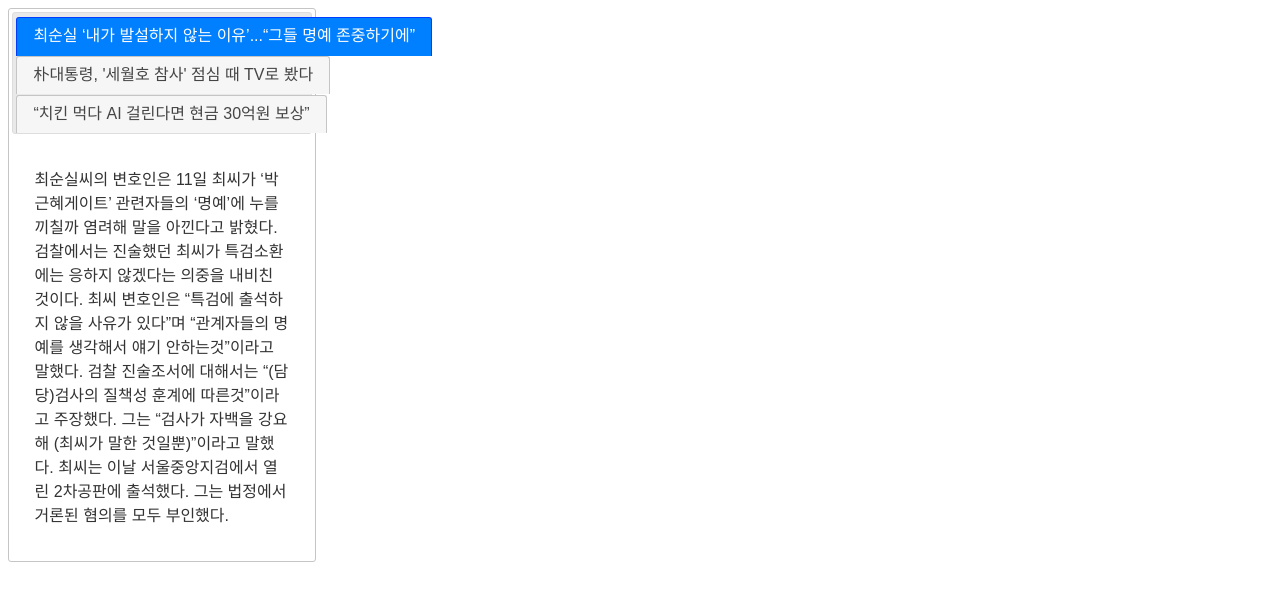
Repository: CHOKIHO/html
Page: work/0111/WebContent/test_jQuery_tab.html
An editor plug-in stored every save of this project. The page is shown before and after the next save, followed by the edit.
The browser window is 1280 px wide. The pictures show the whole page.
Some web libraries are served in a nearby version.

Above is the page before, as saved 2017-01-11 07:36:05.

### work/0111/WebContent/test_jQuery_tab.html
<!DOCTYPE html>
<html>
<head>
<meta charset="UTF-8">
<title>Insert title here</title>

  <link rel="stylesheet" href="//code.jquery.com/ui/1.12.1/themes/base/jquery-ui.css">
  <script src="https://code.jquery.com/jquery-1.12.4.js"></script>
  <script src="https://code.jquery.com/ui/1.12.1/jquery-ui.js"></script>
  <script>


	  $( function() {

	    $( "#tabs" ).tabs();


	  } );

  </script>

  <style type="text/css">
  	div#tabs {
  		width: 300px;
  	}
  </style>

</head>
<body>

	<div id="tabs">
	  <ul>
	    <li><a href="#tabs-1">최순실 ‘내가 발설하지 않는 이유’...“그들 명예 존중하기에”</a></li>
	    <li><a href="#tabs-2">朴대통령, '세월호 참사' 점심 때 TV로 봤다</a></li>
	    <li><a href="#tabs-3">“치킨 먹다 AI 걸린다면 현금 30억원 보상”</a></li>
	  </ul>
	  <div id="tabs-1">
	    <p>최순실씨의 변호인은 11일 최씨가 ‘박근혜게이트’ 관련자들의 ‘명예’에 누를 끼칠까 염려해 말을 아낀다고 밝혔다.
	       검찰에서는 진술했던 최씨가 특검소환에는 응하지 않겠다는 의중을 내비친 것이다.
	       최씨 변호인은 “특검에 출석하지 않을 사유가 있다”며 “관계자들의 명예를 생각해서 얘기 안하는것”이라고 말했다.
		   검찰 진술조서에 대해서는 “(담당)검사의 질책성 훈계에 따른것”이라고 주장했다. 그는 “검사가 자백을 강요해 (최씨가 말한 것일뿐)”이라고 말했다.
		   최씨는 이날 서울중앙지검에서 열린 2차공판에 출석했다. 그는 법정에서 거론된 혐의를 모두 부인했다.
		</p>
	  </div>
	  <div id="tabs-2">
	    <p>박근혜 대통령이 2014년 4월16일 세월호 참사 당일 점심 즈음에야 TV를 통해 사고 현장 영상을 확인했다고 스스로 밝혔다. 사고 발생을 인지한 지 약 2시간이 지난 시점이다. 박 대통령의 탄핵심판 대리인단이 10일 헌법재판소에 제출한 '세월호 7시간' 행적 자료에는 빠져있던 내용이다.
	       박 대통령 측 관계자는 11일 머니투데이 '더300'(the300)과 전화 통화에서 "박 대통령이 세월호 참사 당일 오전에는 서류를 검토하느라 바빠 TV를 보지 못했지만 점심 무렵 TV를 통해 사고 영상을 봤다고 측근들에게 밝혔다"고 전했다. 이 관계자는 "관저 집무실에는 TV가 없지만 개인식당에는 TV가 설치돼 있는 만큼 박 대통령이 점심 식사를 하면서 TV를 시청했다고 보면 된다"고 말했다.
	    </p>
	  </div>
	  <div id="tabs-3">
	    <p>“BBQ 치킨을 통해 조류인플루엔자(AI)에 걸린다면 현금 30억 원을 보상하겠다.”
           윤홍근(사진) 제너시스BBQ그룹 회장이 최근 발생한 AI로 인한 양계닭의 대규모 살처분 사태에 대해 자신감을 내비쳤다.
           윤 회장은 11일 서울 종로구 관철동에서 열린 ‘bbq 올리버스 공식 후원 체결식’에 참석해 기자들과 만나 이같이 밝혔다.
           육계 소비 위축 및 소비자들의 불안감을 없애기 위해 자사의 제품을 시식해 AI에 감염된다면 현금으로 30억 원을 보상하는 프로젝트를 실시한다는 것이다.
           윤 회장은 “2003년 AI가 처음 발생한 이후 확산될 때마다 국민들이 공포에 떨고 있지만 닭고기를 먹어서 AI에 감염될 가능성은 없다”며
           “역대 최악의 AI로 불리는 만큼 방어책 마련 차원에서 이 프로젝트를 진행한다”고 말했다.
           AI 균은 섭씨 75도 이상의 온도에서 5분 이상 견디지 못한다. 국내 치킨업체의 일반적인 조리법 상 165∼190도의 고온에서 최소 10분 이상
           닭을 튀기기 때문에 이를 먹는다고 해서 AI에 감염되지는 않는다.
           </p>
	  </div>
	</div>

</body>
</html>

After the next save:
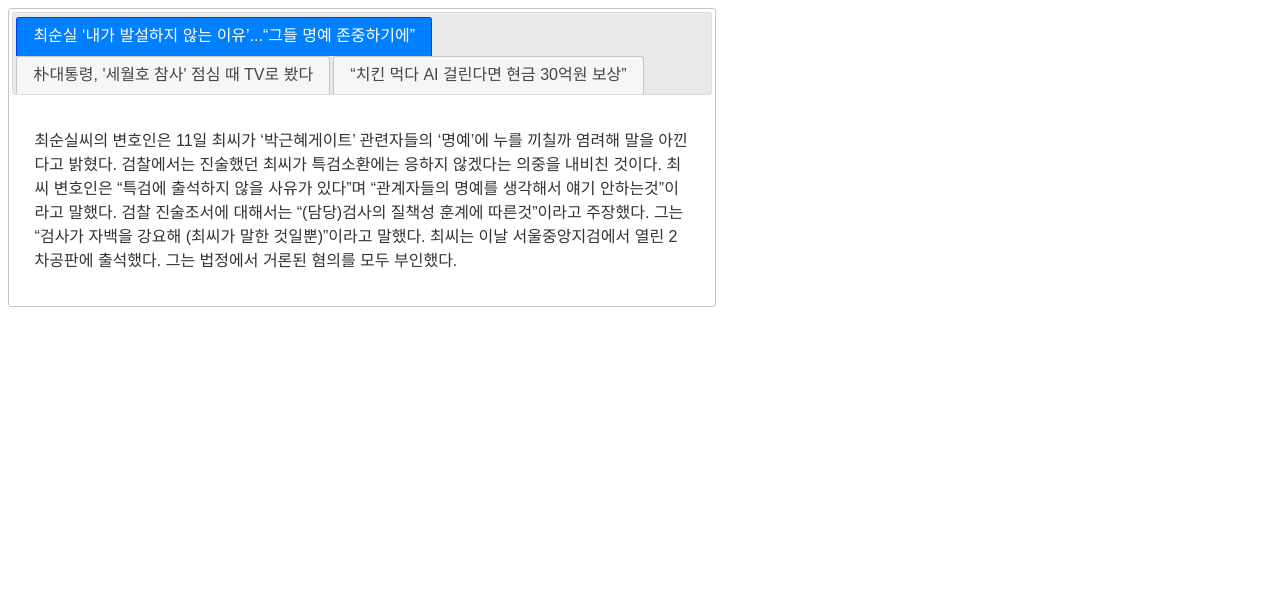
Saved 11 s later.
--- a/work/0111/WebContent/test_jQuery_tab.html
+++ b/work/0111/WebContent/test_jQuery_tab.html
@@ -21,7 +21,7 @@
 
   <style type="text/css">
   	div#tabs {
-  		width: 300px;
+  		width: 700px;
   	}
   </style>
 
